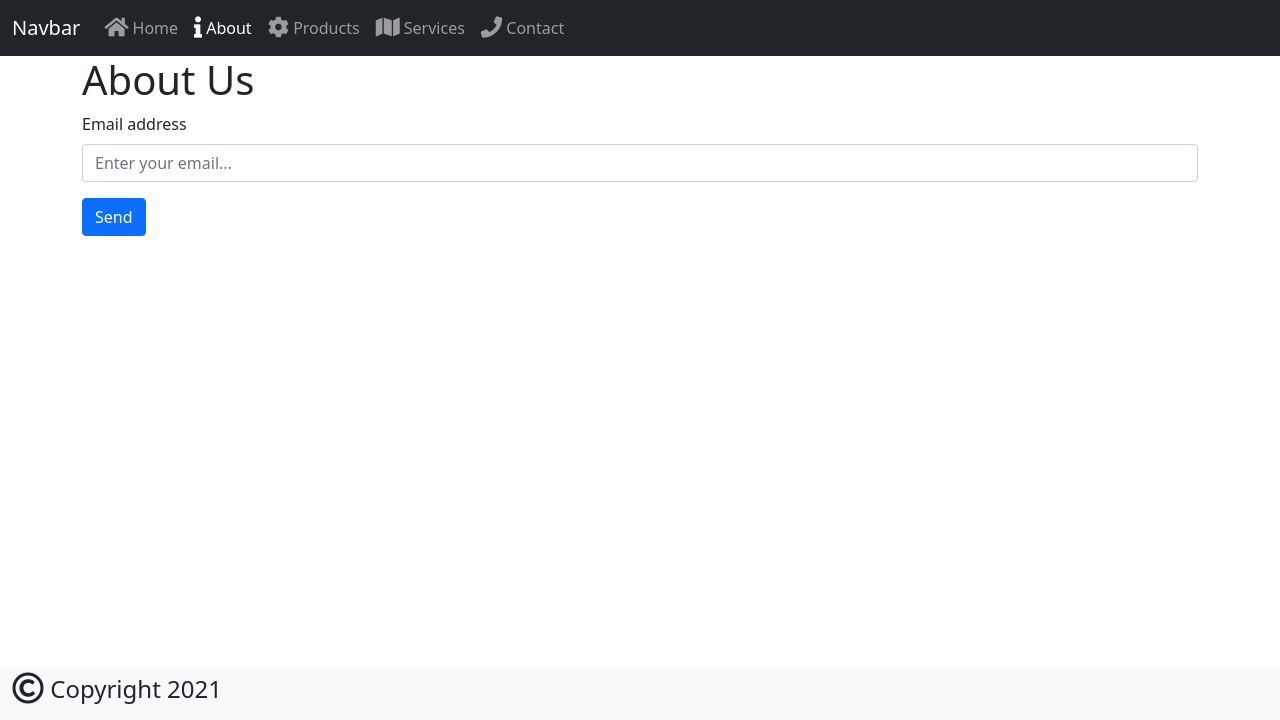
Repository: evanpalmer002/WEBD6201-ICE4
Page: about.html
These files come from the project's save history. The page is drawn as it stood at one moment and after the next save; the edit follows.
The browser window is 1280 px wide. The pictures show the whole page.

Above is the page before, as saved 2021-01-20 16:28:21.

After the next save:
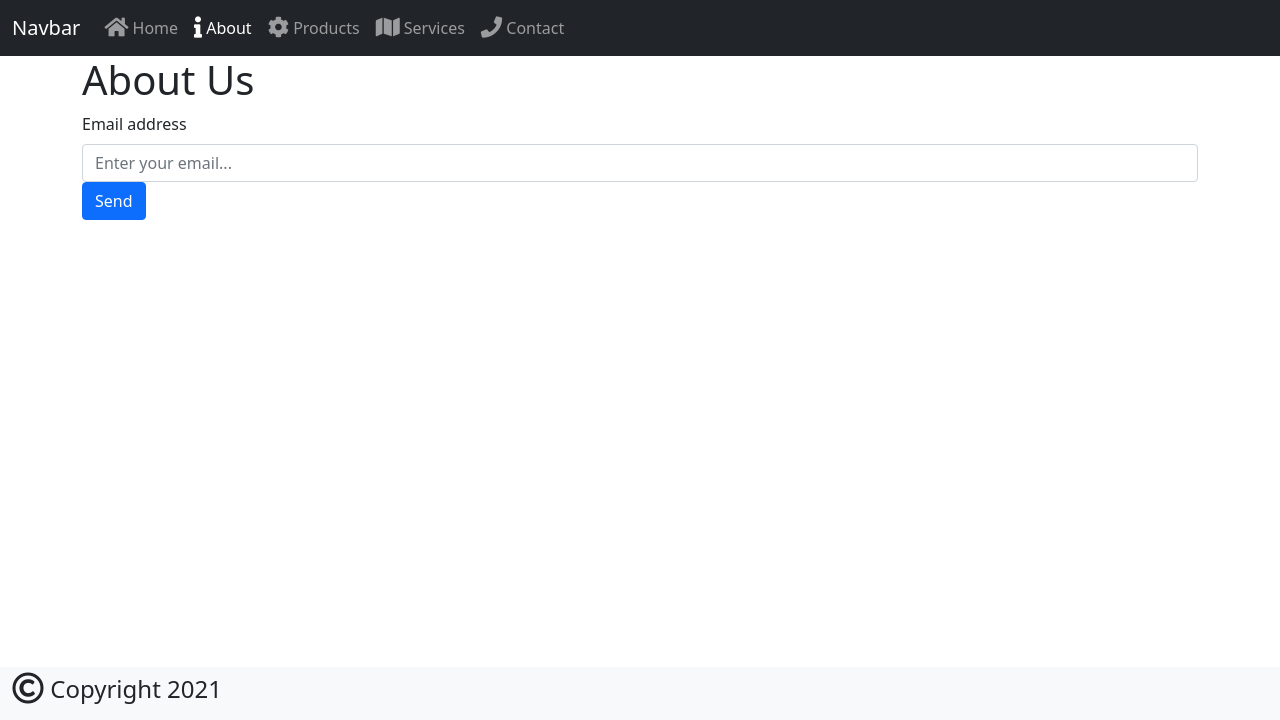
Saved 2 min 51 s later.
--- a/about.html
+++ b/about.html
@@ -51,8 +51,8 @@
     <main class="container">
         <h1>About Us</h1>
 
-        <form>
-          <div class="mb-3">
+        <form class="row">
+          <div class="col">
             <label for="exampleInputEmail1" class="form-label">Email address</label>
             <input type="email" class="form-control" id="emailAddress" aria-describedby="emailHelp"
             name="emailAddress" placeholder="Enter your email..." required>
